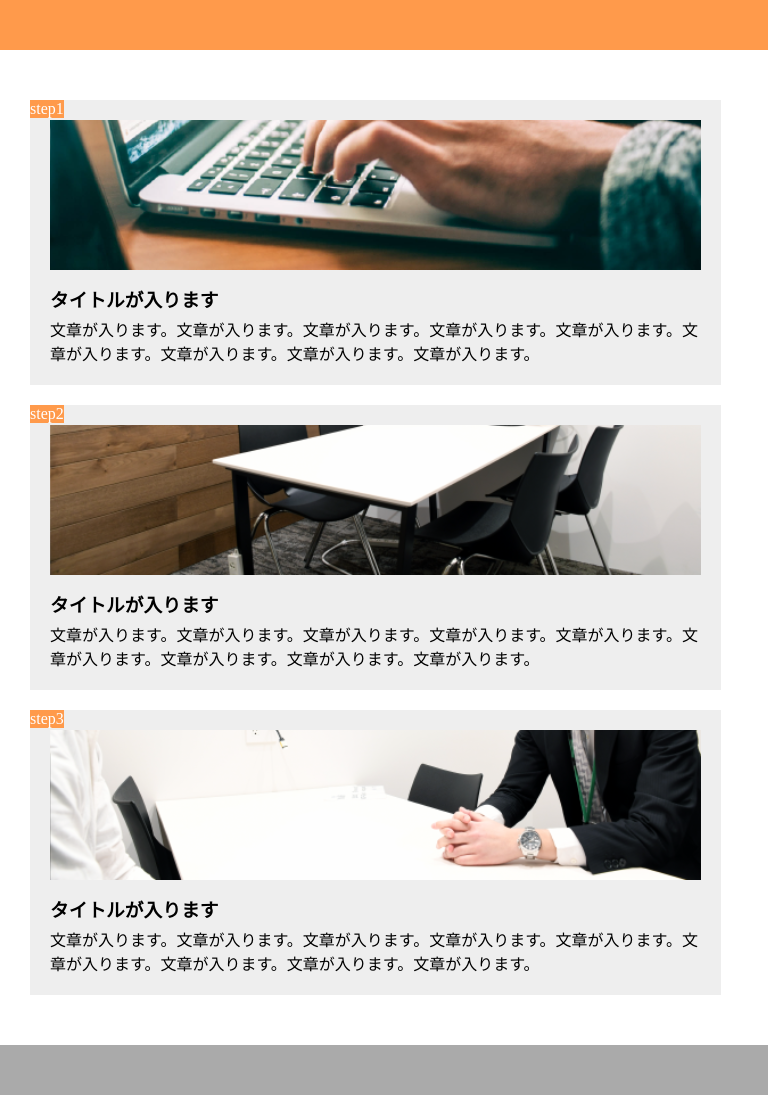
Repository: takanauti/task
Page: chapter9_exercise/index.html
The author's editor kept a record of every edit. The page is drawn from the files as they stood at one moment, then again after the next edit.
The browser window is 768 px wide. The pictures show the whole page.

Above is the page before.

### chapter9_exercise/index.html
<!DOCTYPE html>
<html lang="ja"><head>
    <meta charset="UTF-8">
     <meta name="viewport" content="width=device-width,initial-scale=1.0">
    <title>9章演習</title>
    <link rel="stylesheet" href="style.css">
  </head>
  <header></header>
  <body>
 <main>
 <div class="step-box">
        <div class="step-img1"></div>
        <span class="step-num">step1</span>
        <h3 class="title">タイトルが入ります</h3>
        <p class="text">
          文章が入ります。文章が入ります。文章が入ります。文章が入ります。文章が入ります。文章が入ります。文章が入ります。文章が入ります。文章が入ります。
        </p>
      </div>
      <div class="step-box">
        <div class="step-img2"></div>
        <span class="step-num">step2</span>
        <h3 class="title">タイトルが入ります</h3>
        <p class="text">
          文章が入ります。文章が入ります。文章が入ります。文章が入ります。文章が入ります。文章が入ります。文章が入ります。文章が入ります。文章が入ります。
        </p>
      </div>
      <div class="step-box">
        <div class="step-img3"></div>
        <span class="step-num">step3</span>
        <h3 class="title">タイトルが入ります</h3>
        <p class="text">
          文章が入ります。文章が入ります。文章が入ります。文章が入ります。文章が入ります。文章が入ります。文章が入ります。文章が入ります。文章が入ります。
        </p>
      </div>

     </main>
     <footer></footer>
</body>
</html>

### chapter9_exercise/style.css
* {
  box-sizing: border-box;
  margin: 0;
  padding: 0;
}

header {
  height: 50px;
  background-color: #ff9a4b;
}

main {
  width: 960px;
  margin: 50px auto;
  display: flex;
}

.step-box {
  width: 300px;
  margin-right: 30px;
  padding: 10px;
  position: relative;
  background-color: #eee;
}

.step-box:last-child {
  margin-right: 0;
}

.step-img1 {
  height: 150px;
  background-image: url(img/flow01.png);
  background-position: bottom;
  background-size: cover;
}

.step-img2 {
  height: 150px;
  background-image: url(img/flow02.png);
  background-position: bottom;
  background-size: cover;
}

.step-img3 {
  height: 150px;
  background-image: url(img/flow03.png);
  background-position: bottom;
  background-size: cover;
}

.step-num {
  position: absolute;
  top: 0;
  left: 0;
  background-color: #ff9a4b;
  color: #fff;
}

.title {
  margin: 15px 0 5px;
}

footer {
  height: 50px;
  background-color: #aaa;
}

/* タブレット縦置きサイズ（768px）以下の際に適用される設定 */
@media screen and (max-width:768px) {
  header {
    width: 100%;
    height: 50px;
    padding-bottom: 50px;
  }
  main {
    width: 100%;
    display: block;
  }
  .step-box {
  width: 90%;
  padding: 20px;
  margin: 0 20px 20px 30px;
}



.step-img1 {
  width: 100%;
  height: 150px;
}

.step-img2 {
  width: 100%;
  height: 150px;
}

.step-img3 {
  width: 100%;
  height: 150px;

}


footer {
  width: 100%;
  height: 50px;
  padding-top: 50px;
}
}

After the next edit:
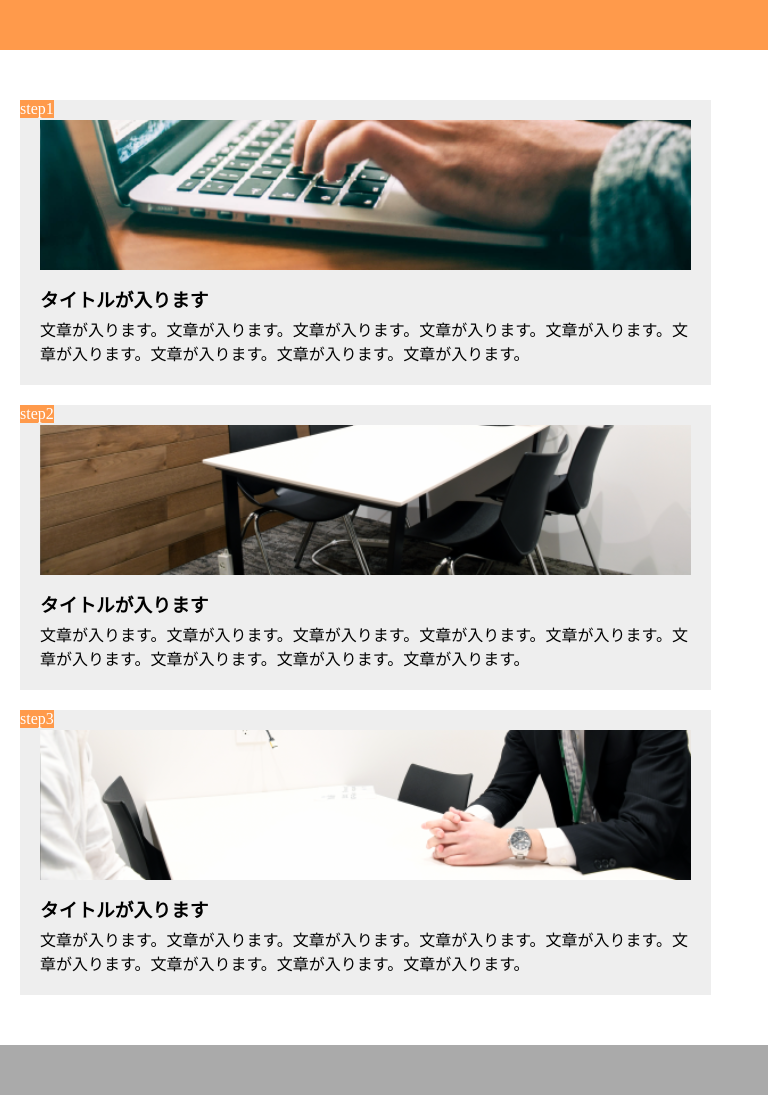
The edit:
--- a/chapter9_exercise/style.css
+++ b/chapter9_exercise/style.css
@@ -79,7 +79,7 @@
   .step-box {
   width: 90%;
   padding: 20px;
-  margin: 0 20px 20px 30px;
+  margin: 0 20px 20px 20px;
 }
 
 
